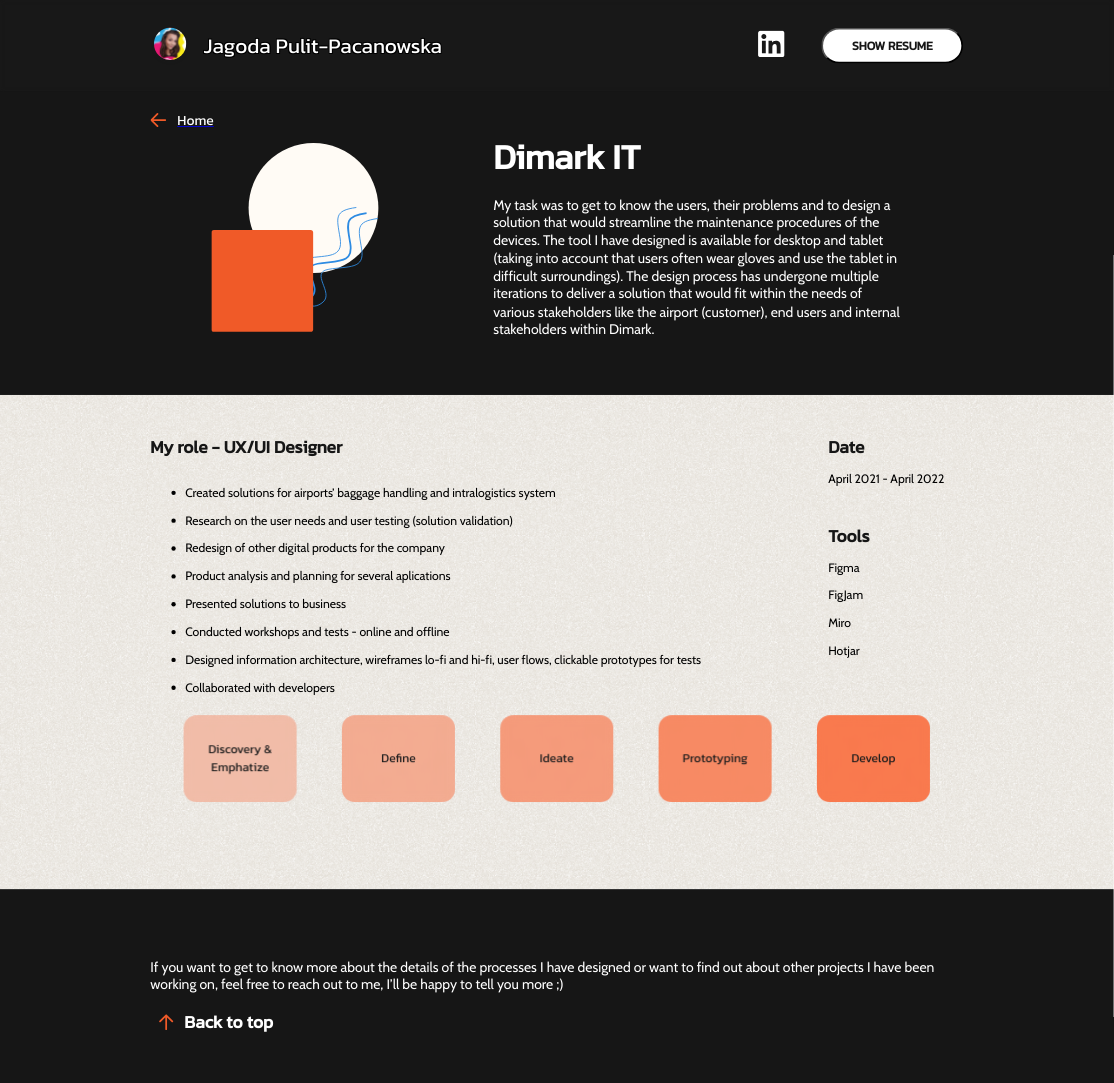
Repository: remigiuszpulit/ux-ui-portfolio
Page: /dimarkit
An editor plug-in stored every save of this project. The page is shown before and after the next save, followed by the edit.
The browser window is 1280 px wide. The pictures show the whole page, at 87% of full size.
The project was rebuilt for these pictures with package versions that can differ from the ones it lists, and the page was loaded fresh each time. Also part of the build but not shown: src/components/Card.js, src/pages/index.js.

Above is the page before, as saved 2022-10-03 22:49:53.

After the next save:
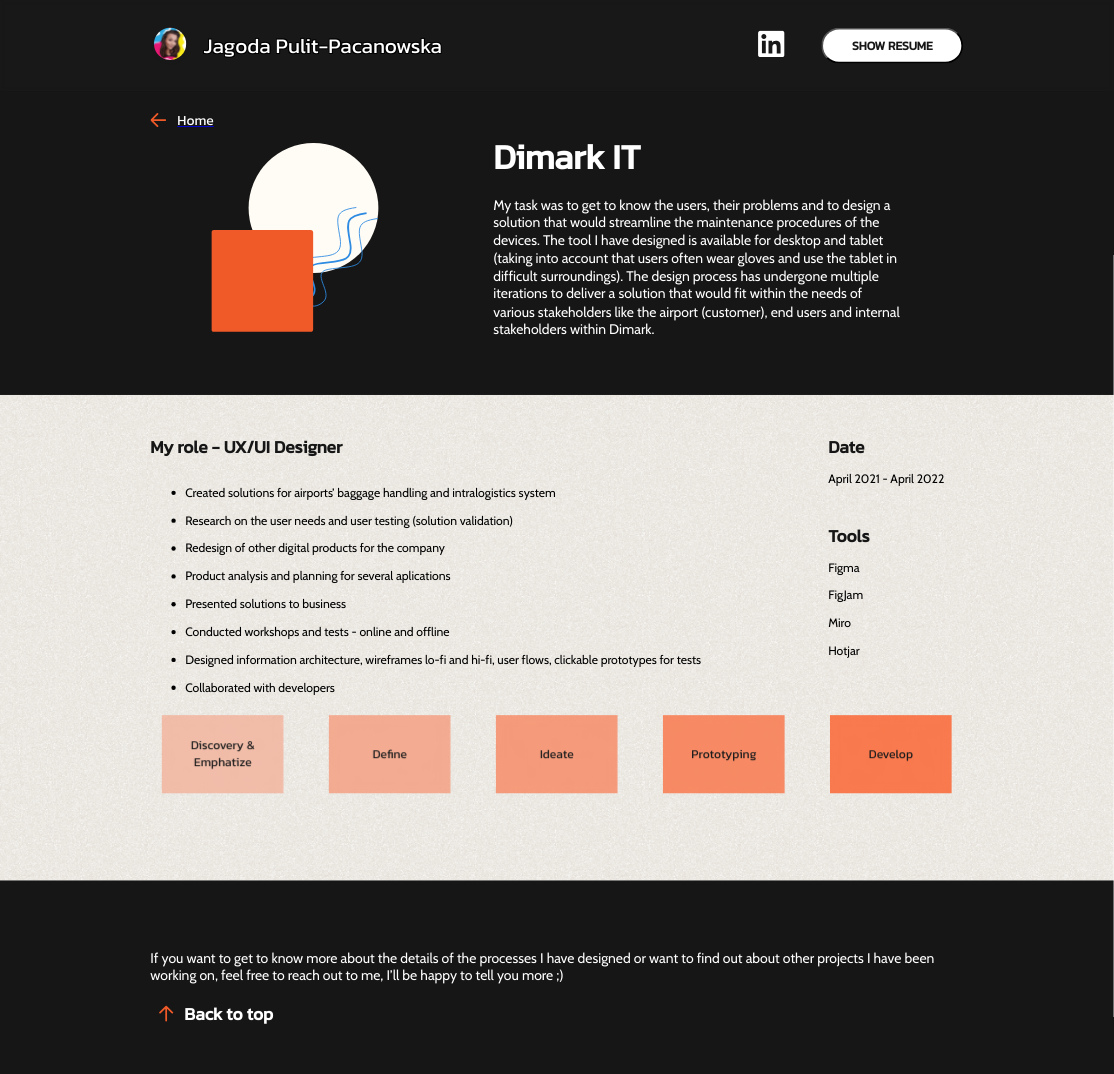
Saved 46 s later.
--- a/src/components/dimark/Pill.js
+++ b/src/components/dimark/Pill.js
@@ -19,14 +19,14 @@
   justify-content: center;
   align-items: center;
   padding: 25px;
-  width: 80px;
-  height: 50px;
+  width: 90px;
+  height: 40px;
   gap: 10px;
   z-index: 0;
   backdrop-filter: blur(5.5px);
   /* Note: backdrop-filter has minimal browser support */
 
-  border-radius: 15px;
+  border-radius: 15 px;
 `;
 
 const Text = styled.p`
